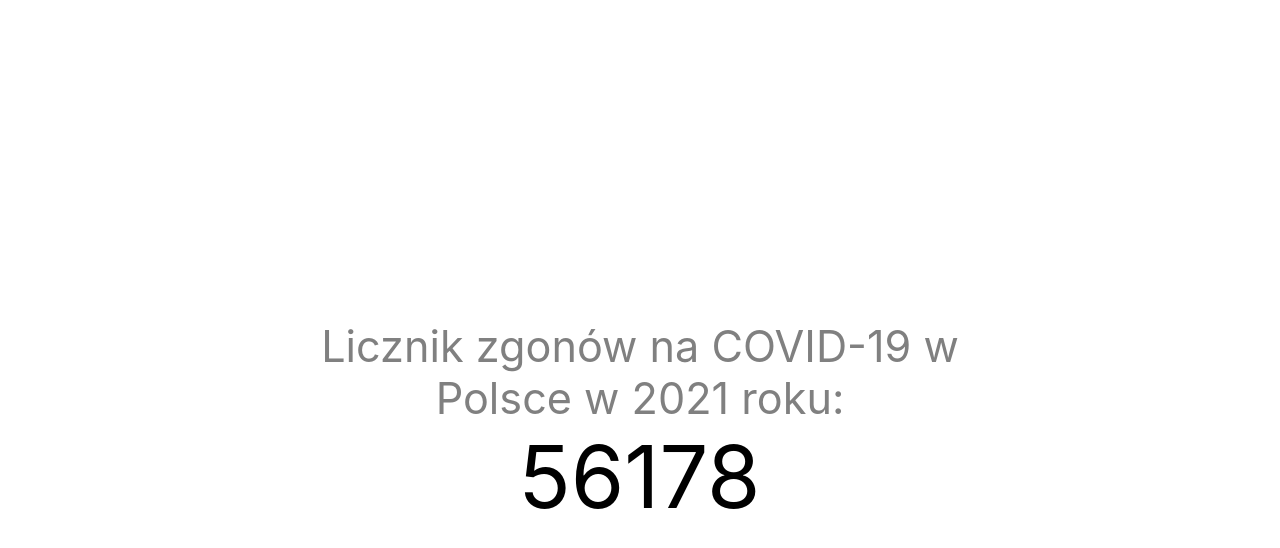
Repository: michalgornicki/poland-covid
Page: /
These files come from the project's save history. The page is drawn as it stood at one moment and after the next save; the edit follows.
The browser window is 1280 px wide. The pictures show the whole page.
The project was rebuilt for these pictures with package versions that can differ from the ones it lists, and the page was loaded fresh each time.

Above is the page before, as saved 2021-12-04 19:11:07.

After the next save:
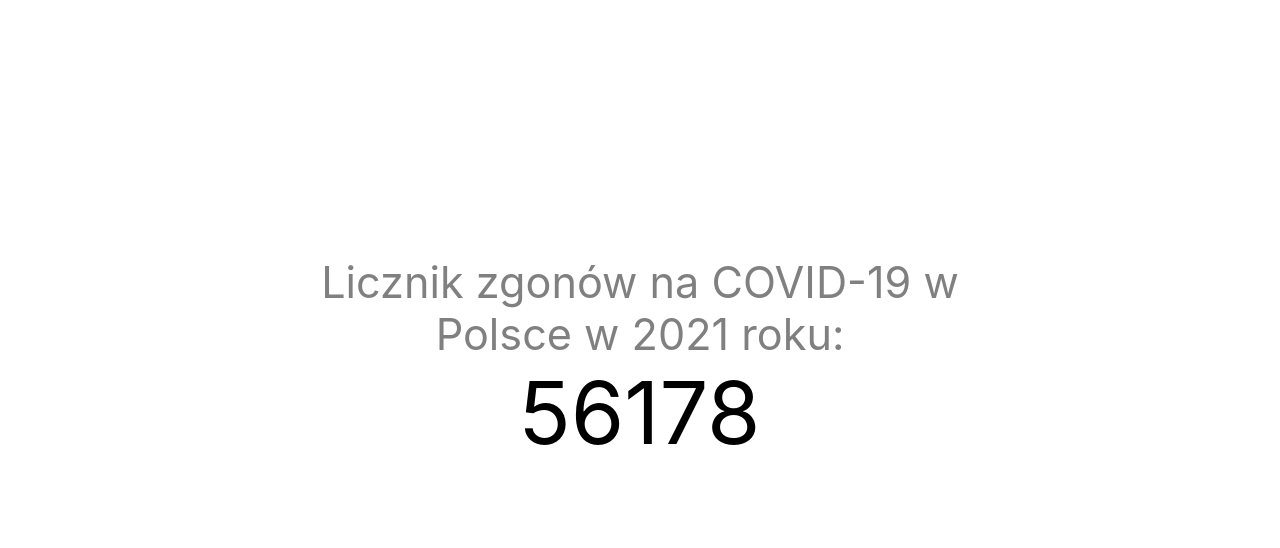
Saved 7 s later.
--- a/src/App.css
+++ b/src/App.css
@@ -1,5 +1,5 @@
 .text-container{
-    margin-top: 25%;
+    margin-top: 20%;
 }
 
 .header{
